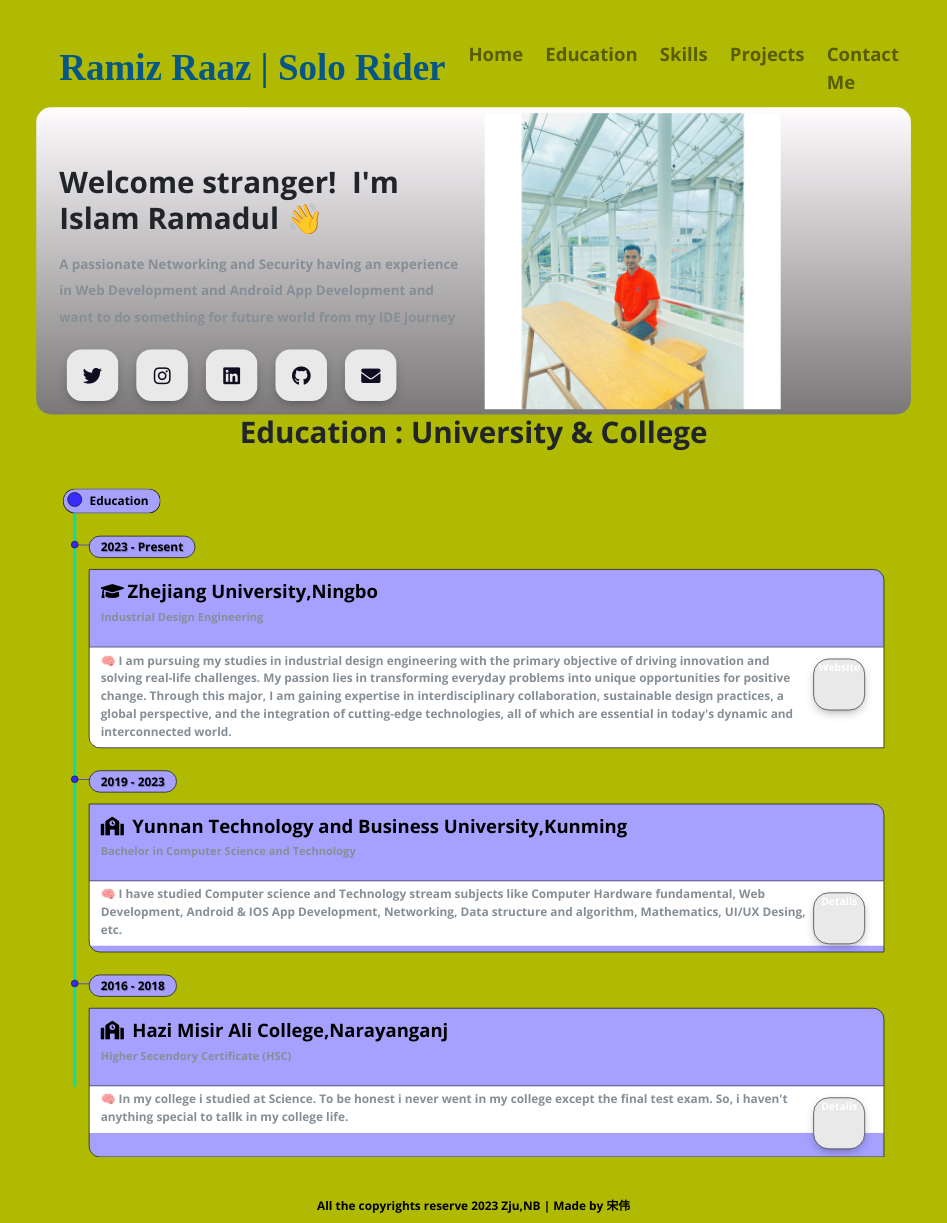
Repository: ramizraaz/ZjuProtfolio
Page: index.html
These files come from the project's save history. The page is drawn as it stood at one moment and after the next save; the edit follows.
The browser window is 1280 px wide. The pictures show the whole page, at 74% of full size.
Some web fonts or font styles are not loaded; a fallback is used. Some web libraries are served in a nearby version.

Above is the page before, as saved 2023-10-08 18:03:26.

### index.html
<!DOCTYPE html>
<html lang="en" dir="ltr">

<head>
    <meta charset="utf-8">
    <meta name="viewport" content="width=device-width,initial-scale=1">
    <title>宋伟's Profile | Personal website</title>
    <link rel="icon" href="Image/RR.png">
    <link rel="stylesheet" href="https://stackpath.bootstrapcdn.com/bootstrap/4.5.0/css/bootstrap.min.css" integrity="sha384-9aIt2nRpC12Uk9gS9baDl411NQApFmC26EwAOH8WgZl5MYYxFfc+NcPb1dKGj7Sk" crossorigin="anonymous">
    <link rel="stylesheet" href="style.css">
    <link href="https://fonts.googleapis.com/css2?family=Arizonia&family=Montserrat:wght@400;800&display=swap" rel="stylesheet">
    <link href="https://fonts.googleapis.com/css2?family=Open+Sans:wght@700&display=swap" rel="stylesheet">
    <link rel="stylesheet" href="https://use.fontawesome.com/releases/v5.4.1/css/all.css" />
    <link rel="stylesheet" href="https://cdnjs.cloudflare.com/ajax/libs/font-awesome/5.13.1/css/all.min.css">
    <script src="https://code.jquery.com/jquery-3.5.1.slim.min.js" integrity="sha384-DfXdz2htPH0lsSSs5nCTpuj/zy4C+OGpamoFVy38MVBnE+IbbVYUew+OrCXaRkfj" crossorigin="anonymous"></script>
    <script src="https://cdn.jsdelivr.net/npm/popper.js@1.16.0/dist/umd/popper.min.js" integrity="sha384-Q6E9RHvbIyZFJoft+2mJbHaEWldlvI9IOYy5n3zV9zzTtmI3UksdQRVvoxMfooAo" crossorigin="anonymous"></script>
    <script src="https://stackpath.bootstrapcdn.com/bootstrap/4.5.0/js/bootstrap.min.js" integrity="sha384-OgVRvuATP1z7JjHLkuOU7Xw704+h835Lr+6QL9UvYjZE3Ipu6Tp75j7Bh/kR0JKI" crossorigin="anonymous"></script>
</head>

<body class="container-fluid body_section">
    <header>
        <nav class="navbar navbar-expand-lg navbar-light ">
            <a class="navbar-brand brand-name" href="#">Ramiz Raaz | Solo Rider</a>
            <button class="navbar-toggler" type="button" data-toggle="collapse" data-target="#navbarSupportedContent" aria-controls="navbarSupportedContent" aria-expanded="false" aria-label="Toggle navigation">
                  <span class="navbar-toggler-icon"></span>
                </button>
            <div class="collapse navbar-collapse" id="navbarSupportedContent">
                <ul class="navbar-nav ml-auto">
                    <li class="nav-item">
                        <a class="nav-link headerachor" href="index.html">Home</a>
                    </li>

                    <li class="nav-item">
                        <a class="nav-link headerachor" href="#Education">Education</a>
                    </li>
                    <li class="nav-item">
                        <a class="nav-link headerachor" href="">Skills</a>
                    </li>
                    <li class="nav-item">
                        <a class="nav-link headerachor" href="">Projects</a>
                    </li>
                    <li class="nav-item">
                        <a class="nav-link headerachor" href="">Contact Me</a>
                    </li>
                </ul>
        </nav>
    </header>
    <!-- Intro Section -->
    <section id="Home">
        <div class="row column1">
            <div class="col-lg-6 col-md-6 first-image">
                <img class="boyimage" src="img/me.gif" alt="">
            </div>
            <div class="col-lg-6 section-1">
                <h1 class="Hello">Welcome stranger!&nbsp&nbspI'm Islam Ramadul <span class="wave">👋</span></h1>
                <p>A passionate Networking and Security having an experience in Web Development and Android App Development and want to do something for future world from my IDE journey</p>
                <div class=social_media_icon>
                    <a class="btn" href="https://twitter.com/ramiz_raaz" target=_blank>
                        <i class="fab fa-twitter"></i>
                    </a>
                    <a class="btn" href="https://www.instagram.com/ramiz_raaz/" target=_blank>
                        <i class="fab fa-instagram"></i>
                    </a>
                    <a class="btn" href="https://www.linkedin.com/" target=_blank>
                        <i class="fab fa-linkedin" aria-hidden="true"></i>
                    </a>
                    <a class="btn" href="https://github.com/ramizraaz" target=_blank>
                        <i class="fab fa-github"></i>
                    </a>
                    <a class="btn" href="mailto:romiz.romeo.raaz@gmail.com/" target=_blank>
                        <i class="fa fa-envelope"></i>
                    </a>
                </div>
            </div>
    </section>
    <!-- Education Section -->
    <section id="Education">
        <div class="container">
            <div class="Heading">
                <h1>Education : University & College</h1>
                <br>
            </div>
            <div class="timeline">
                <div class="timeline-month">
                    Education
                </div>
                <div class="timeline-section">
                    <div class="timeline-date">
                        2023 - Present
                    </div>
                    <div class="row">
                        <div class="col-lg">
                            <div class="timeline-box">
                                <div class="box-title">
                                    <i class="fas fa-graduation-cap" aria-hidden="true"></i>Zhejiang University,Ningbo
                                    <p class="degree">Industrial Design Engineering</p>
                                </div>
                                <div class="box-content">
                                    <a class="btn btn-sm btn-dark float-right" role="button" href="https://www.zju.edu.cn/english/" target=_blank style="color: white;">Website</a>
                                    <div class="box-item">🧠 I am pursuing my studies in industrial design engineering with the primary objective of driving innovation and solving real-life challenges. My passion lies in transforming everyday problems into unique opportunities
                                        for positive change. Through this major, I am gaining expertise in interdisciplinary collaboration, sustainable design practices, a global perspective, and the integration of cutting-edge technologies, all of which
                                        are essential in today's dynamic and interconnected world.</div>
                                </div>
                            </div>
                        </div>
                    </div>
                </div>

                <div class="timeline-section">
                    <div class="timeline-date">
                        2019 - 2023
                    </div>
                    <div class="row">
                        <div class="col-lg">
                            <div class="timeline-box">
                                <div class="box-title">
                                    <i class="fas fa-school" aria-hidden="true"></i> Yunnan Technology and Business University,Kunming
                                    <p class="degree">Bachelor in Computer Science and Technology</p>
                                </div>
                                <div class="box-content">
                                    <a class="btn btn-sm btn-dark float-right" role="button" style="color: white;">Details</a>
                                    <div class="box-item">🧠 I have studied Computer science and Technology stream subjects like Computer Hardware fundamental, Web Development, Android & IOS App Development, Networking, Data structure and algorithm, Mathematics, UI/UX Desing,
                                        etc.
                                    </div>

                                </div>
                            </div>
                        </div>
                    </div>
                </div>

                <div class="timeline-section">
                    <div class="timeline-date">
                        2016 - 2018
                    </div>
                    <div class="row">
                        <div class="col-lg">
                            <div class="timeline-box">
                                <div class="box-title">
                                    <i class="fas fa-school" aria-hidden="true"></i> Hazi Misir Ali College,Narayanganj
                                    <p class="degree"> Higher Secendory Certificate (HSC)</p>
                                </div>
                                <div class="box-content">
                                    <a class="btn btn-sm btn-dark float-right" role="button" style="color: white;">Details</a>
                                    <div class="box-item">🧠 In my college i studied at Science. To be honest i never went in my college except the final test exam. So, i haven't anything special to tallk in my college life.</div>
                                    <div class="box-item"><b>

                                </div>
                            </div>
                        </div>
                    </div>
                </div>
            </div>
        </div>
    </section>

    </form>
    <footer class=footer>All the copyrights reserve 2023 Zju,NB | Made by 宋伟</footer>
</body>

</html>

### style.css
body {
    font-family: 'Open Sans', sans-serif;
    margin: 0;
    background: #b1adad;
    animation: pulse 2s infinite;
}

@keyframes pulse {
    0% {
        background: #1f0312;
    }
    25% {
        background: #ab2001;
    }
    50% {
        background: #b1ba03;
    }
    75% {
        background: #78db06;
    }
    100% {
        background: #04bd88;
    }
}

.body_section {
    padding: 3% 5% 1%;
}

p {
    font-size: 18px;
}

a {
    text-decoration: none;
}

@font-face {
    font-family: "Lovely Home";
    src: local('Lovely Home'), url("Image/LovelyHome-9aBZ.ttf") format('truetype');
}

.brand-name,
.navbar-light .navbar-brand {
    font-family: "Lovely Home";
    font-size: 50px;
    font-weight: bold;
    color: #075786;
}

.headerachor {
    color: black;
    margin: 0 7px 0 7px;
    border-radius: 20px;
    font-size: 25px;
}

.headerachor:hover {
    background-color: #8c8a8a;
}


/* Section 1 */

.column1 {
    background-image: linear-gradient(#fefcfe, #7a7878);
    padding: 8px 16px;
    border-radius: 20px;
}

.section-1 {
    margin-top: 6%;
    text-align: left;
    position: relative;
}

span.wave {
    animation-name: wave-animation;
    animation-duration: 2.5s;
    animation-iteration-count: infinite;
    transform-origin: 70% 70%;
    display: inline-block;
}

@keyframes wave-animation {
    0% {
        transform: rotate( 0.0deg)
    }
    10% {
        transform: rotate(-10.0deg)
    }
    20% {
        transform: rotate( 12.0deg)
    }
    30% {
        transform: rotate(-10.0deg)
    }
    40% {
        transform: rotate( 9.0deg)
    }
    50% {
        transform: rotate( 0.0deg)
    }
    100% {
        transform: rotate( 0.0deg)
    }
}

.first-image {
    position: absolute;
    right: 0;
}

.boyimage {
    height: 400px;
}

@media only screen and (max-width: 1183px) {
    .first-image {
        right: 160px;
    }
}

.boy {
    width: 100%;
    height: 100%;
    animation: bounce 1.2s;
    animation-direction: alternate;
    animation-iteration-count: infinite;
}

@keyframes bounce {
    from {
        transform: translate3d(0, 0, 0);
    }
    to {
        transform: translate3d(0, 20px, 0);
    }
}

.Image-boy {
    text-align: center;
    align-items: center;
}

@media only screen and (min-width:951px) {
    .Image-boy {
        display: none;
    }
}

.Hello {
    margin-bottom: 20px;
}

p {
    line-height: 2;
    color: #868e96;
}

.btn {
    display: inline-block;
    width: 4.37rem;
    height: 4.37rem;
    background: #e9e9e9;
    padding: 0px 0px;
    margin: 10px;
    border-radius: 30%;
    box-shadow: 0 5px 15px -5px #00000070;
    color: #0f0d20;
    overflow: hidden;
    position: relative;
}

.btn i {
    line-height: 70px;
    font-size: 1.625rem;
    transition: 0.2s linear;
}

.btn:hover i {
    transform: scale(1.3);
    color: #f1f1f1;
}

.btn::before {
    content: "";
    position: absolute;
    width: 120%;
    height: 120%;
    background: #46088d;
    transform: rotate(45deg);
    left: -110%;
    top: 90%;
}

.btn:hover::before {
    animation: aaa 0.7s 1;
    top: -10%;
    left: -10%;
}

@media only screen and (max-width:470px) {
    .btn {
        width: 2.5rem;
        height: 2.5rem;
        margin: 7px;
    }
    .btn i {
        line-height: 40px;
        font-size: 1em;
    }
}


/* Education CSS */

.Heading {
    text-align: center;
}

.timeline {
    margin-top: 20px;
    position: relative;
}

.timeline:before {
    position: absolute;
    content: '';
    width: 4px;
    height: calc(100% - 100px);
    background: #08ddaf;
    left: 14px;
    top: 5px;
    border-radius: 4px;
}

.timeline-month {
    color: black;
    position: relative;
    padding: 4px 15px 4px 35px;
    background-color: #a6a1ff;
    display: inline-block;
    width: auto;
    border-radius: 40px;
    border: 1px solid #17191B;
    border-right-color: black;
    margin-bottom: 30px;
}

.timeline-month span {
    position: absolute;
    top: -1px;
    left: calc(100% - 100px);
    z-index: -1;
    white-space: nowrap;
    display: inline-block;
    background-color: #111;
    padding: 4px 10px 4px 20px;
    border-top-right-radius: 40px;
    border-bottom-right-radius: 40px;
    border: 1px solid black;
    box-sizing: border-box;
}

.timeline-month:before {
    position: absolute;
    content: '';
    width: 20px;
    height: 20px;
    background: #362CFF;
    border-radius: 100%;
    border: 1px solid #17191B;
    left: 5px;
}

.timeline-section {
    padding-left: 35px;
    display: block;
    position: relative;
    margin-bottom: 30px;
}

.timeline-date {
    margin-bottom: 15px;
    padding: 2px 15px;
    background: #a6a1ff;
    position: relative;
    display: inline-block;
    border-radius: 20px;
    border: 1px solid #17191B;
    color: black;
    text-shadow: 1px 1px 1px rgba(0, 0, 0, 0.3);
}

.timeline-section:before {
    content: '';
    position: absolute;
    width: 30px;
    height: 1px;
    background-color: #362CFF;
    top: 12px;
    left: 20px;
}

.timeline-section:after {
    content: '';
    position: absolute;
    width: 10px;
    height: 10px;
    background: #362CFF;
    top: 7px;
    left: 11px;
    border: 1px solid #17191B;
    border-radius: 100%;
}

.timeline-box {
    position: relative;
    color: black;
    background-color: #a6a1ff;
    border-radius: 15px;
    border-top-left-radius: 0px;
    border-bottom-right-radius: 0px;
    border: 1px solid #17191B;
    transition: all 0.3s ease;
    overflow: hidden;
}

.box-icon {
    position: absolute;
    right: 5px;
    top: 0px;
}

.box-title {
    padding: 10px 15px;
    font-size: 25px;
    border-bottom: 1px solid #17191B;
}

.degree {
    font-size: 15px;
}

.box-title i {
    margin-right: 5px;
}

.box-content {
    padding: 5px 15px;
    background-color: white;
}

.box-item {
    margin-bottom: 5px;
    color: #868e96;
    font-weight: 400;
}

.certificate {
    padding-top: 20px;
}

.certificate-text {
    text-align: center;
}

.box-shadow {
    box-shadow: 5px 5px 5px #d9dbdf;
}

footer {
    padding-top: 2%;
    color: #000000;
    text-align: center;
}

After the next save:
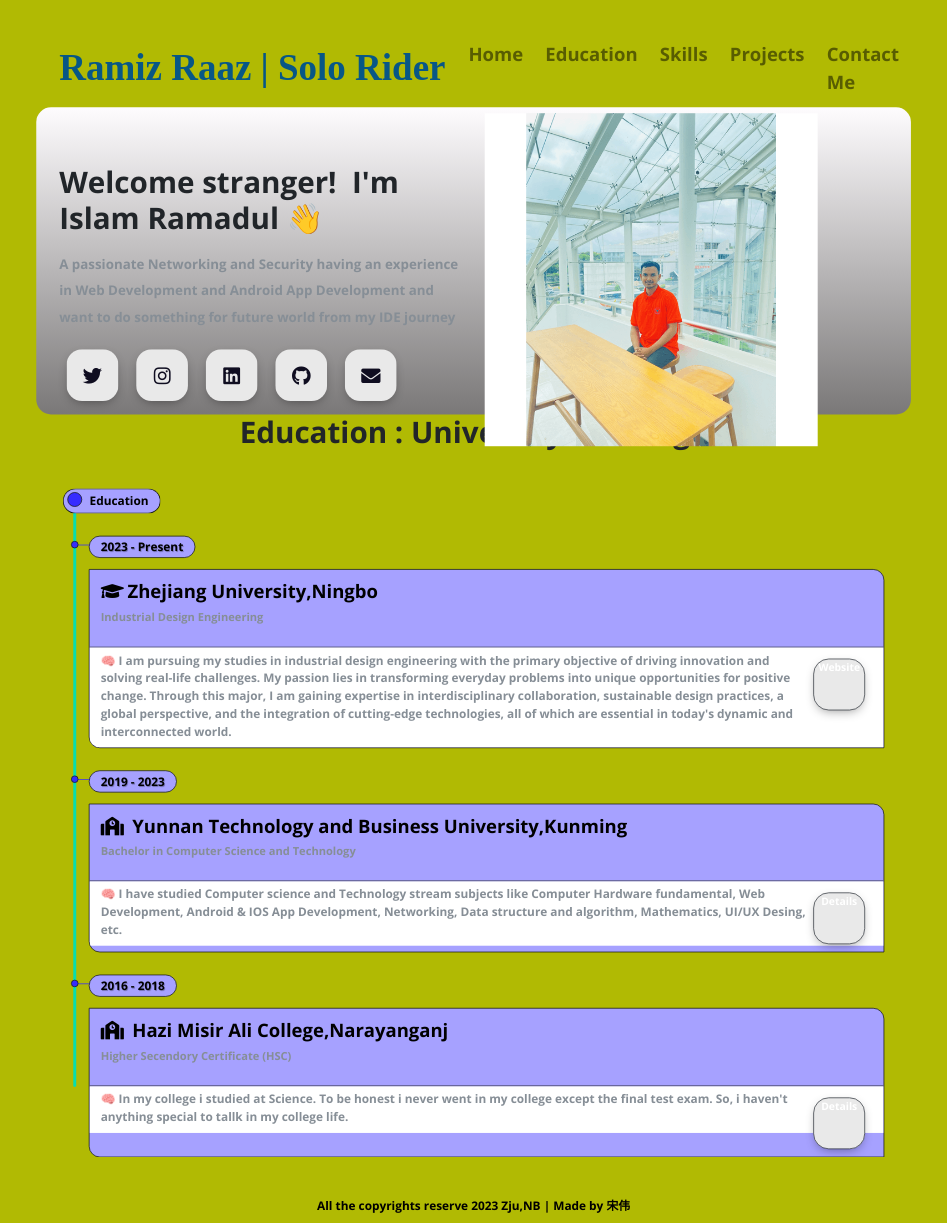
Saved 66 s later.
--- a/style.css
+++ b/style.css
@@ -112,7 +112,7 @@ span.wave {
 }
 
 .boyimage {
-    height: 400px;
+    height: 450px;
 }
 
 @media only screen and (max-width: 1183px) {
